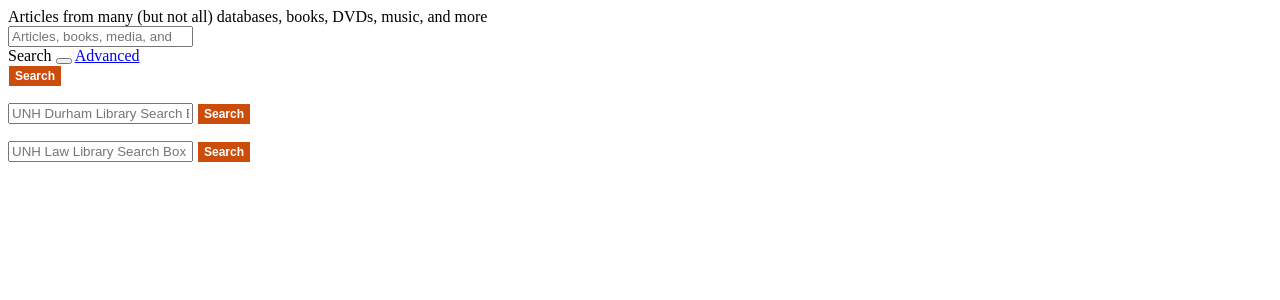
Repository: jlcolbert/unh-library-search-box
Page: template-basic.html
An editor plug-in stored every save of this project. The page is shown before and after a run of saves, followed by the edit.
The browser window is 1280 px wide. The pictures show the whole page.

Above is the page before, as saved 2021-04-27 08:21:20.

### template-basic.html
<div class="pane-content">
  <!-- Script that converts the query string into valid parameter -->
  <script>
    function searchPrimo() {
      document.getElementById("primoQuery").value = "any,contains," + document.getElementById("primoQueryTemp").value.replace(/[,]/g, " ");
      document.forms["searchForm"].submit();
    }

    function searchPrimo2() {
      document.getElementById("primoQuery2").value = "any,contains," + document.getElementById("primoQueryTemp2").value.replace(/[,]/g, " ");
      document.forms["searchForm2"].submit();
    }

    function searchPrimo3() {
      document.getElementById("primoQuery3").value = "any,contains," + document.getElementById("primoQueryTemp3").value.replace(/[,]/g, " ");
      document.forms["searchForm3"].submit();
    }
  </script>
  <div class="row g-3">
    <div class="center-block col-xs-12 col-md-11 col-lg-9 clearfix">
      <form id="manch" name="searchForm" method="get" target="_self"
        action="https://unh.primo.exlibrisgroup.com/discovery/search"
        enctype="application/x-www-form-urlencoded; charset=UTF-8" onsubmit="searchPrimo()">

        <!-- Customizable Parameters -->
        <input type="hidden" name="vid" value="01USNH_UNH:MANCH">
        <input type="hidden" name="tab" value="Everything">
        <input type="hidden" name="search_scope" value="MyInst_and_CI">
        <input type="hidden" name="lang" value="en">


        <!-- Fixed parameters -->
        <input type="hidden" name="query" id="primoQuery">

        <!-- Search Box -->
        <div class="form-group">
          <label for="primoQueryTemp" class="sr-only">Articles from many (but not all) databases, books, DVDs, music,
            and more</label>
          <div class="input-group input-group-lg">
            <input type="search" name="s" id="primoQueryTemp" class="form-control" value=""
              placeholder="Articles, books, media, and more - Manchester">
            <div class="input-group-btn search-options">
              <label for="searchManch" class="sr-only">Search</label>
              <button class="btn btn-secondary" id="searchManch">
                <i class="icon glyphicon glyphicon-search" aria-hidden="true"></i>
              </button>
              <a class="btn btn-link"
                href="https://unh.primo.exlibrisgroup.com/discovery/search?tab=Everything&vid=01USNH_UNH:MANCH&lang=en&offset=0&mode=advanced">Advanced</a>
            </div>
          </div>

          <!-- Search Button -->
          <input alt="Search" id="button1" onclick="searchPrimo()"
            style="height: 22px; font-size: 12px; font-weight: bold; background: #cb4d0b; color: #ffffff; border: 1px solid;"
            title="Search" type="button" value="Search">
        </div>
      </form>
    </div>

    <div class="center-block col-xs-6 col-md-5 col-lg-4 clearfix">
      <!-- Durham -->
      <form id="durham" name="searchForm2" method="get" target="_self"
        action="https://unh.primo.exlibrisgroup.com/discovery/search"
        enctype="application/x-www-form-urlencoded; charset=utf-8" onsubmit="searchPrimo2()">

        <!-- Customizable parameters -->
        <input type="hidden" name="vid" value="01USNH_UNH:MAIN">
        <input type="hidden" name="tab" value="everything">
        <input type="hidden" name="search_scope" value="MyInst_and_CI">
        <input type="hidden" name="lang" value="en">

        <!-- Fixed parameters-->
        <input type="hidden" name="query" id="primoQuery2">

        <!-- Search Box -->
        <div class="form-group">
          <input class="form-control form-control-sm" type="text" id="primoQueryTemp2" value=""
            placeholder="UNH Durham Library Search Box">

          <!-- Search Button -->
          <input id="button2" title="Search" onclick="searchPrimo2()" type="button" value="Search" alt="Search"
            style="height: 22px; font-size: 12px; font-weight: bold; background: #cb4d0b; color: #ffffff; border: 1px solid;">
        </div>
      </form>
    </div>

    <div class="center-block col-xs-6 col-md-5 col-lg-4 clearfix">
      <!-- Law -->
      <form id="law" name="searchForm3" method="get" target="_self"
        action="https://unh.primo.exlibrisgroup.com/discovery/search"
        enctype="application/x-www-form-urlencoded; charset=utf-8" onsubmit="searchPrimo3()">

        <!-- Customizable parameters -->
        <input type="hidden" name="vid" value="01USNH_UNH:LAW">
        <input type="hidden" name="tab" value="Everything">
        <input type="hidden" name="search_scope" value="MyInst_and_CI">
        <input type="hidden" name="lang" value="en">

        <!-- Fixed parameters -->
        <input type="hidden" name="query" id="primoQuery3">

        <!-- Search Box -->
        <div class="form-group">
          <input class="form-control form-control-sm" type="text" id="primoQueryTemp3" value=""
            placeholder="UNH Law Library Search Box">

          <!-- Search Button -->
          <input id="button3" title="Search" onclick="searchPrimo3()" type="button" value="Search" alt="Search"
            style="height: 22px; font-size: 12px; font-weight: bold; background: #cb4d0b; color: #ffffff; border: 1px solid;">
        </div>
      </form>
    </div>
  </div>
</div>

After the next 2 saves:
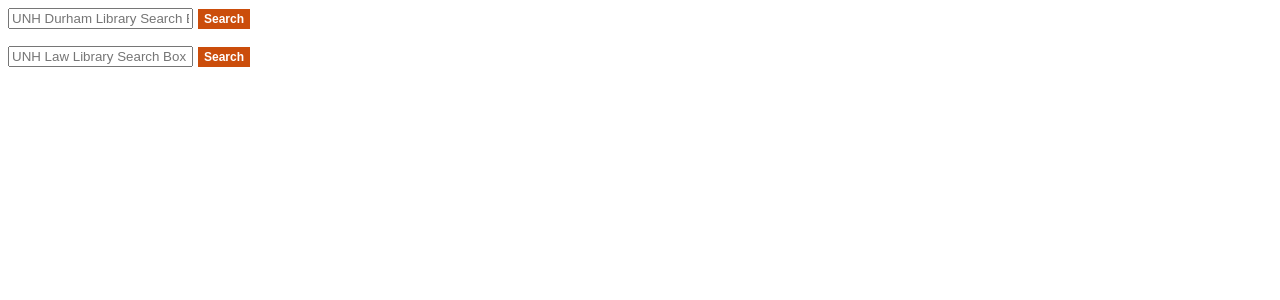
The 2 saves are shown as one change because they came seconds apart.
The last was saved 21 s later.
--- a/template-basic.html
+++ b/template-basic.html
@@ -17,45 +17,7 @@
     }
   </script>
   <div class="row g-3">
-    <div class="center-block col-xs-12 col-md-11 col-lg-9 clearfix">
-      <form id="manch" name="searchForm" method="get" target="_self"
-        action="https://unh.primo.exlibrisgroup.com/discovery/search"
-        enctype="application/x-www-form-urlencoded; charset=UTF-8" onsubmit="searchPrimo()">
 
-        <!-- Customizable Parameters -->
-        <input type="hidden" name="vid" value="01USNH_UNH:MANCH">
-        <input type="hidden" name="tab" value="Everything">
-        <input type="hidden" name="search_scope" value="MyInst_and_CI">
-        <input type="hidden" name="lang" value="en">
-
-
-        <!-- Fixed parameters -->
-        <input type="hidden" name="query" id="primoQuery">
-
-        <!-- Search Box -->
-        <div class="form-group">
-          <label for="primoQueryTemp" class="sr-only">Articles from many (but not all) databases, books, DVDs, music,
-            and more</label>
-          <div class="input-group input-group-lg">
-            <input type="search" name="s" id="primoQueryTemp" class="form-control" value=""
-              placeholder="Articles, books, media, and more - Manchester">
-            <div class="input-group-btn search-options">
-              <label for="searchManch" class="sr-only">Search</label>
-              <button class="btn btn-secondary" id="searchManch">
-                <i class="icon glyphicon glyphicon-search" aria-hidden="true"></i>
-              </button>
-              <a class="btn btn-link"
-                href="https://unh.primo.exlibrisgroup.com/discovery/search?tab=Everything&vid=01USNH_UNH:MANCH&lang=en&offset=0&mode=advanced">Advanced</a>
-            </div>
-          </div>
-
-          <!-- Search Button -->
-          <input alt="Search" id="button1" onclick="searchPrimo()"
-            style="height: 22px; font-size: 12px; font-weight: bold; background: #cb4d0b; color: #ffffff; border: 1px solid;"
-            title="Search" type="button" value="Search">
-        </div>
-      </form>
-    </div>
 
     <div class="center-block col-xs-6 col-md-5 col-lg-4 clearfix">
       <!-- Durham -->
